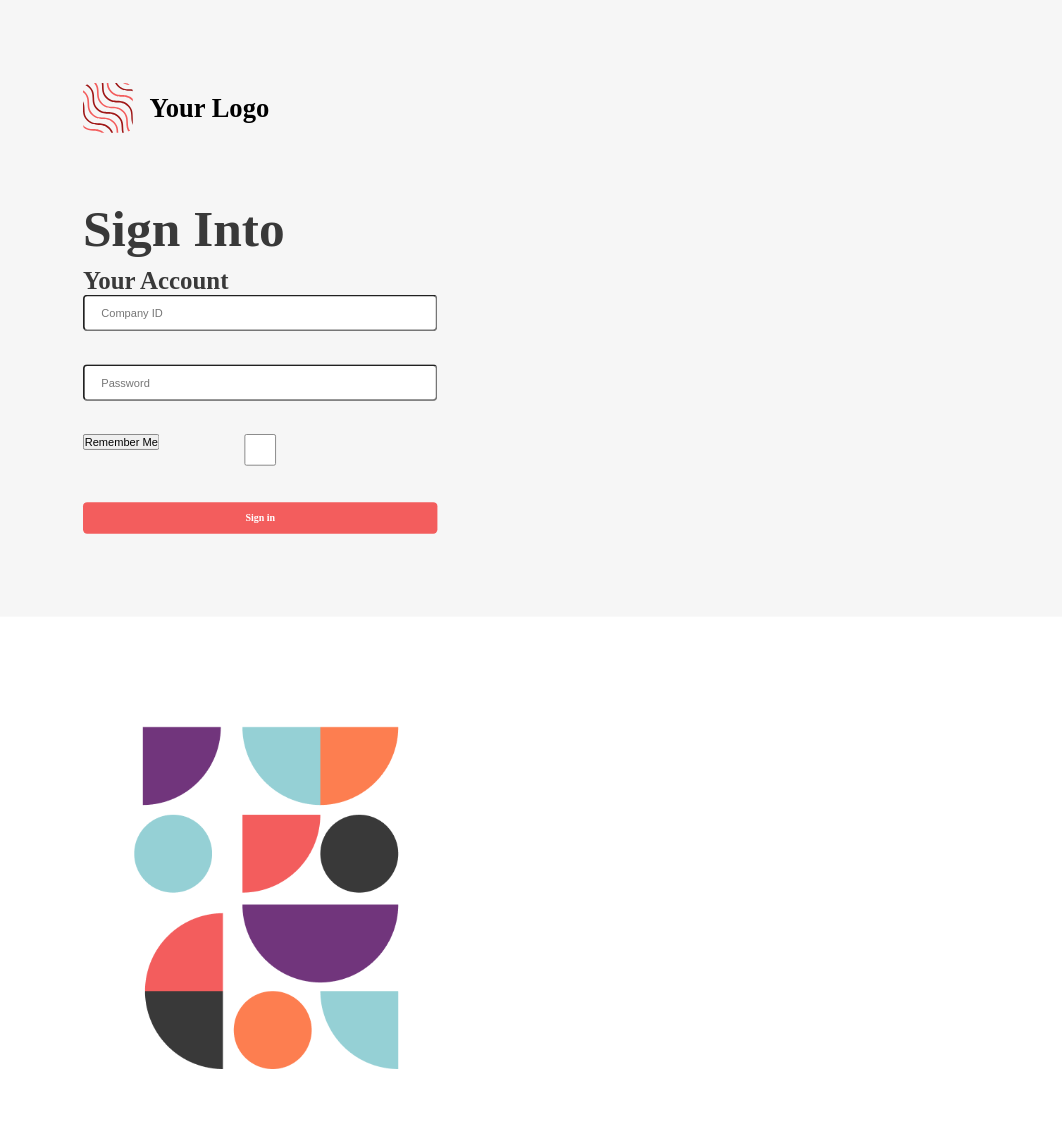
Repository: kubrazamanova/Form-lesson2
Page: index.html
These files come from the project's save history. The page is drawn as it stood at one moment and after a run of saves; the edit follows.
The browser window is 1280 px wide. The pictures show the whole page, at 83% of full size.

Above is the page before, as saved 2023-10-28 10:18:43.

After the next 2 saves:
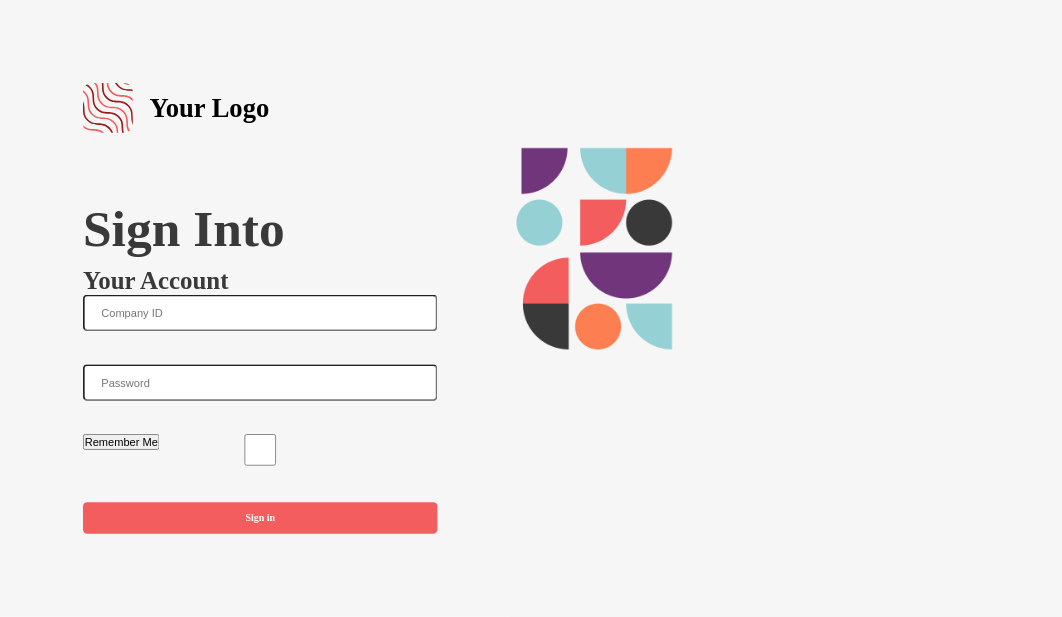
The 2 saves are shown as one change because they came seconds apart.
The last was saved 18 s later.
--- a/index.html
+++ b/index.html
@@ -83,12 +83,12 @@
           <button class="sign">Sign in</button>
         </form>
       </div>
+      <div class="right-side">
+        <img src="/Component 1.png" alt="" />
 
     </div>
+    </div>
 
-    <div class="right-side">
-      <img src="/Component 1.png" alt="" />
 
-  </div>
   </body>
 </html>
